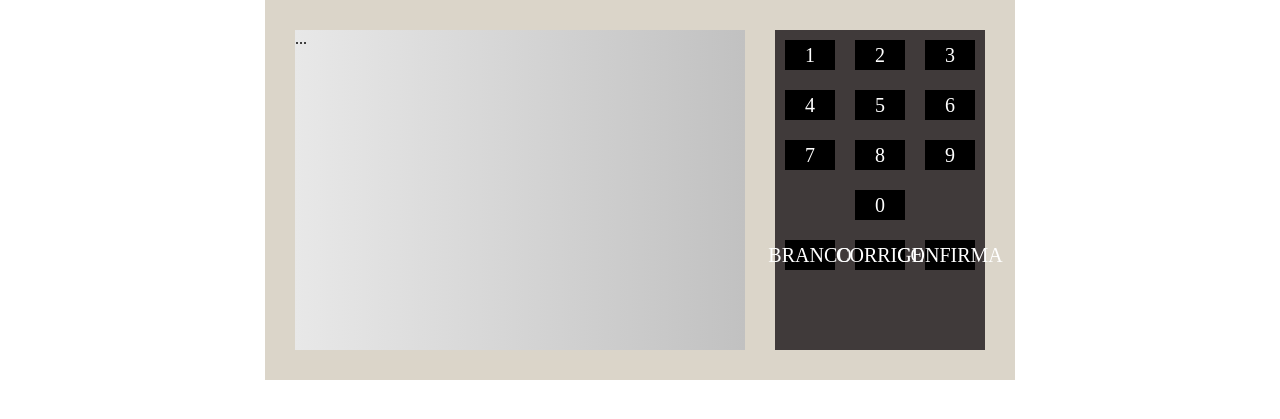
Repository: ThiagoIturra/urnaJs
Page: index.html
These files come from the project's save history. The page is drawn as it stood at one moment and after the next save; the edit follows.
The browser window is 1280 px wide. The pictures show the whole page.

Above is the page before, as saved 2022-01-05 16:01:48.

### index.html
<!DOCTYPE html>
<html lang="pt-BR">
<header>
    <meta charset="UTF-8" />
    <meta name="viewport" content="width=device-width, initial-scale=1.0">
    <link rel="stylesheet" href="style.css">
    <title>Urna Eletrônica</title>
</header>
<body>
    <div class="urna">
        <div class="screen">
...
        </div>
        <div class="keyboard">
            <div class="keyboard--line">
                <div class="keyboard--button">1</div>
                <div class="keyboard--button">2</div>
                <div class="keyboard--button">3</div>
            </div>
            <div class="keyboard--line">
                <div class="keyboard--button">4</div>
                <div class="keyboard--button">5</div>
                <div class="keyboard--button">6</div>
            </div>
            <div class="keyboard--line">
                <div class="keyboard--button">7</div>
                <div class="keyboard--button">8</div>
                <div class="keyboard--button">9</div>
            </div>
            <div class="keyboard--line">
                <div class="keyboard--button">0</div>
            </div>
            <div class="keyboard--line">
                <div class="keyboard--button">BRANCO</div>
                <div class="keyboard--button">CORRIGE</div>
                <div class="keyboard--button">CONFIRMA</div>
            </div>
        </div>
    </div>
</body>
</html>

### style.css
body {
    margin: 0;
    display: flex;
    justify-content: center;
    align-items: center;
}

.urna {
    background-color: #dbd5c9;
    padding: 30px;
    display: flex;
}

.screen {
    width: 450px;
    height: 320px;
    background: linear-gradient(to right, #e8e8e8, #c1c1c1);
}

.keyboard {
    background-color: #403A3A;
    margin-left: 30px;
}

.keyboard--line {
    display: flex;
    justify-content: center;
}

.keyboard--button {
    width: 50px;
    height: 30px;
    background-color: #000;
    color: #fff;
    font-size: 20px;
    display: flex;
    justify-content: center;
    align-items: center;
    margin: 10px;
}

After the next save:
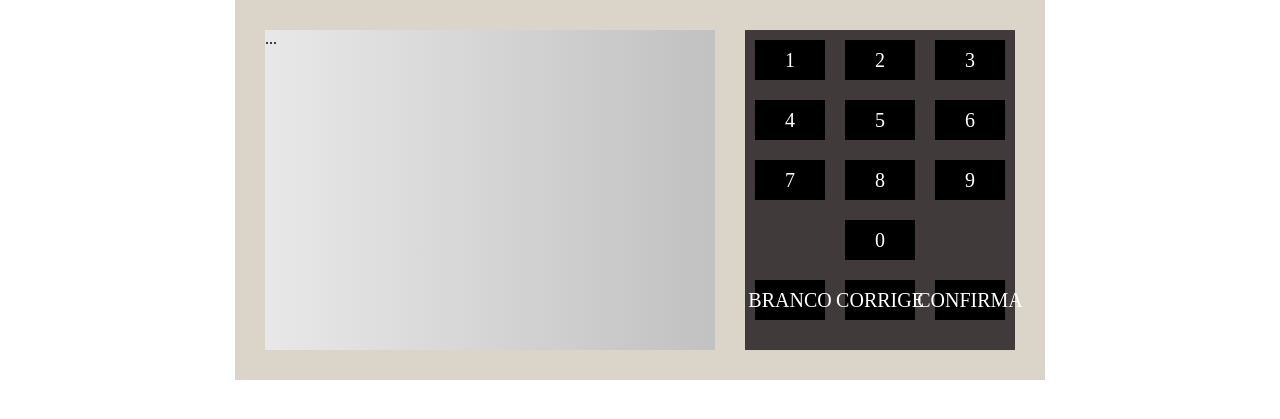
Saved 11 s later.
--- a/style.css
+++ b/style.css
@@ -28,8 +28,8 @@ body {
 }
 
 .keyboard--button {
-    width: 50px;
-    height: 30px;
+    width: 70px;
+    height: 40px;
     background-color: #000;
     color: #fff;
     font-size: 20px;
